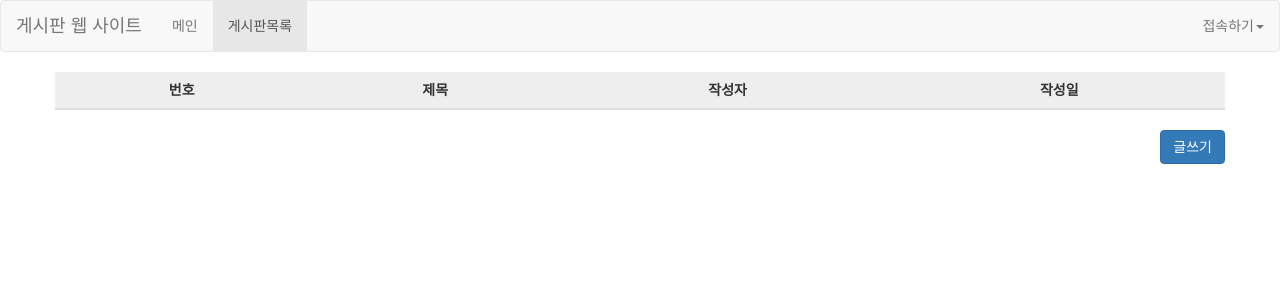
Repository: dbfjd01/save
Page: http://localhost/BBS/bbs.jsp
The author's editor kept a copy of each file at every save. The page is drawn from the files as they stood at one save, then again after the next save.
The browser window is 1280 px wide. The pictures show the whole page.
Some web libraries are served in a nearby version. The page is served by Tomcat 9. Other server files are loaded and not shown. Queries for data that is not in the repository find no rows.

Above is the page before, as saved 2021-07-02 06:19:16.

### Test/BBS/src/main/webapp/bbs.jsp
<%@ page language="java" contentType="text/html; charset=UTF-8"
    pageEncoding="UTF-8"%>
<%@ page import="java.io.PrintWriter" %>
<%@ page import="bbs.BbsDAO" %>
<%@ page import="bbs.Bbs" %>
<%@ page import="java.util.ArrayList" %>

<!DOCTYPE html>
<html>
<head>
<meta charset="UTF-8">
<!-- 화면 최적화 -->
<meta name="viewport" content="width-device-width", initial-scale="1">
<!-- 루트 폴더에 부트스트랩을 참조하는 링크 -->
<link rel="stylesheet" href="css/bootstrap.css">
<title>게시판</title>
<style type="text/css">
	a, a:hover{
		color: #000000;
		text-decoration: none;
	}
</style>
</head>

<body>
<%
//메인 페이지로 이동했을때 세션에 값이 담겨있는지 체크
String userID=null;
if(session.getAttribute("userID")!=null){
	userID=(String)session.getAttribute("userID");
}
int pageNumber = 1; //기본은 1 페이지를 할당
// 만약 파라미터로 넘어온 오브젝트 타입 'pageNumber'가 존재한다면
// 'int'타입으로 캐스팅을 해주고 그 값을 'pageNumber'변수에 저장한다
if(request.getParameter("pageNumber") != null){
	pageNumber = Integer.parseInt(request.getParameter("pageNumber"));
}
%>
<nav class="navbar navbar-default">
	<div class="navbar-header"><!-- 상단 -->
		<button type="button" class="navbar-toggle collapsed"
		data-toggle="collapse" data-target="#bs-example-navbar-collapse-1"
		aria-expanded="false">
		<span class="icon-bar"></span>
		<span class="icon-bar"></span>
		<span class="icon-bar"></span>
		</button>
		<a class="navbar-brand" href="main.jsp">게시판 웹 사이트</a>
		<!-- 클릭시 메뉴로 이동 -->
	</div>
	<!-- 메뉴영역 -->
	<div class="collapsed navbar-collapse" id="bs-example-navbar-collapse-1">
		<ul class="nav navbar-nav">
			<li><a href="main.jsp">메인</a></li>
			<li class="active"><a href="bbs.jsp">게시판목록</a></li>
		</ul>
		<%
			//로그인 하지 않았을때 보여지는 화면
			if(userID==null){
		%>
			<!-- 헤더 우측에 나타나는 드랍다운 영역 -->
			<ul class="nav navbar-nav navbar-right">
				<li class="dropdown">
					<a href="#" class="dropdown-toggle"
						data-toggle="dropdown" role="button" aria-haspopup="true"
						aria-expanded="false">접속하기<span class="caret"></span></a>
					<!-- 드랍다운 아이템 영역 -->
					<ul class="dropdown-menu">
						<li><a href="login.jsp">로그인</a></li>
						<li><a href="join.jsp">회원가입</a></li>
					</ul>
				</li>
			</ul>
			<%
				// 로그인이 되어 있는 상태에서 보여주는 화면
				}else{
			%>
			<!-- 헤더 우측에 나타나는 드랍다운 영역 -->
			<ul class="nav navbar-nav navbar-right">
				<li class="dropdown">
					<a href="#" class="dropdown-toggle"
						data-toggle="dropdown" role="button" aria-haspopup="true"
						aria-expanded="false">회원관리<span class="caret"></span></a>
					<!-- 드랍다운 아이템 영역 -->
					<ul class="dropdown-menu">
						<li><a href="logoutAction.jsp">로그아웃</a></li>
					</ul>
				</li>
			</ul>
			<%
				}
			%>
    	</div>
    </nav>
	<!-- 게시판영역 -->
	<div class="container">
		<div class="row">
			<table class="table table-striped" style="text-align: center: border: 1px solid#dddddd">
				<thead>
					<tr>
						<th style="background-color: #eeeeee; text-align: center;">번호</th>
						<th style="background-color: #eeeeee; text-align: center;">제목</th>
						<th style="background-color: #eeeeee; text-align: center;">작성자</th>
						<th style="background-color: #eeeeee; text-align: center;">작성일</th>
					</tr>
				</thead>
				<tbody>
					<%
						BbsDAO bbsDAO = new BbsDAO(); // 인스턴스 생성
						ArrayList<Bbs> list = bbsDAO.getList(pageNumber);
						for(int i = 0; i < list.size(); i++){
					%>
					<tr>
					<td><%= list.get(i).getBbsID() %></td>
						<!-- 게시글 제목을 누르면 해당 글을 볼 수 있도록 링크를 걸어둔다 -->
						<td><a href="view.jsp?bbsID=<%= list.get(i).getBbsID() %>">
							<%= list.get(i).getBbsTitle() %></a></td>
						<td><%= list.get(i).getUserID() %></td>
						<td><%= list.get(i).getBbsDate().substring(0, 11) + list.get(i).getBbsDate().substring(11, 13) + "시"
							+ list.get(i).getBbsDate().substring(14, 16) + "분" %></td>
					</tr>
					<%
						}
					%>
				</tbody>
			</table>

			<!-- 페이징 처리 영역 -->
			<%
				if(pageNumber != 1){
			%>
				<a href="bbs.jsp?pageNumber=<%=pageNumber - 1 %>"
					class="btn btn-success btn-arraw-left">이전</a>
			<%
				}if(bbsDAO.nextPage(pageNumber + 1)){
			%>
				<a href="bbs.jsp?pageNumber=<%=pageNumber + 1 %>"
					class="btn btn-success btn-arraw-left">다음</a>
			<%
				}
			%>

			<!-- 글쓰기 버튼 -->
			<a href="write.jsp" class="btn btn-primary pull-right">글쓰기</a>
		</div>
	</div>

<!-- 부트스트랩 참조 -->
<script src="https://code.jquery.com/jquery-3.1.1.min.js"></script>
<script src="js/bootstrap.js"></script>
</body>
</html>

### Test/BBS/src/main/java/bbs/BbsDAO.java
package bbs;

import java.sql.Connection;
import java.sql.DriverManager;
import java.sql.PreparedStatement;
import java.sql.ResultSet;
import java.util.ArrayList;

public class BbsDAO {
	private Connection conn;
	private ResultSet rs;

	//기본 생성자
	public BbsDAO() {
		try {
			String dbURL="jdbc:oracle:thin:@localhost:1521:xe";
			String dbID="bb";
			String dbPassword="bb";
			Class.forName("oracle.jdbc.driver.OracleDriver");
			conn=DriverManager.getConnection(dbURL,dbID,dbPassword);
		}catch (Exception e) {
			e.printStackTrace();
		}
	}

	//작성일자 메소드
		public String getDate() {
			String sql = "select bbsDate from bbs";
			try {
				PreparedStatement pstmt = conn.prepareStatement(sql);
				rs = pstmt.executeQuery();
				if(rs.next()) {
					return rs.getString(1);
				}
			}catch (Exception e) {
				e.printStackTrace();
			}
			return ""; //데이터베이스 오류
		}

	//게시글 번호 부여 메소드
	public int getNext() {
		//현재 게시글을 내림차순으로 조회하여 가장 마지막 글의 번호를 구한다
		String sql = "select bbsID from bbs order by bbsID desc";
		try {
			PreparedStatement pstmt = conn.prepareStatement(sql);
			rs = pstmt.executeQuery();
			if(rs.next()) {
				return rs.getInt(1) + 1;
			}
			return 1; //첫 번째 게시물인 경우
		}catch (Exception e) {
			e.printStackTrace();
		}
		return -1; //데이터베이스 오류
	}

	//글쓰기 메소드
	public int write(String bbsTitle, String userID, String bbsContent) {
		String sql = "insert into bbs values(?, ?, ?, ?, ?, ?)";
		try {
			PreparedStatement pstmt = conn.prepareStatement(sql);
			pstmt.setInt(1, getNext());
			pstmt.setString(2, bbsTitle);
			pstmt.setString(3, userID);
			pstmt.setString(4, getDate());
			pstmt.setString(5, bbsContent);
			pstmt.setInt(6, 1); //글의 유효번호
			return pstmt.executeUpdate();
		}catch (Exception e) {
			e.printStackTrace();
		}
		return -1; //데이터베이스 오류
	}

	//게시글 리스트 메소드
		public ArrayList<Bbs> getList(int pageNumber){
			String sql = "select * from bbs where bbsID < ? and bbsAvailable = 1 order by bbsID desc limit 10";
			ArrayList<Bbs> list = new ArrayList<Bbs>();
			try {
				PreparedStatement pstmt = conn.prepareStatement(sql);
				pstmt.setInt(1, getNext() - (pageNumber - 1) * 10);
				rs = pstmt.executeQuery();
				while(rs.next()) {
					Bbs bbs = new Bbs();
					bbs.setBbsID(rs.getInt(1));
					bbs.setBbsTitle(rs.getString(2));
					bbs.setUserID(rs.getString(3));
					bbs.setBbsDate(rs.getString(4));
					bbs.setBbsContent(rs.getString(5));
					bbs.setBbsAvailable(rs.getInt(6));
					list.add(bbs);
				}
			}catch (Exception e) {
				e.printStackTrace();
			}
			return list;
		}

		//페이징 처리 메소드
		public boolean nextPage(int pageNumber) {
			String sql = "select * from bbs where bbsID < ? and bbsAvailable = 1";
			try {
				PreparedStatement pstmt = conn.prepareStatement(sql);
				pstmt.setInt(1, getNext() - (pageNumber - 1) * 10);
				rs = pstmt.executeQuery();
				if(rs.next()) {
					return true;
				}
			}catch (Exception e) {
				e.printStackTrace();
			}
			return false;
		}

}

Loaded but not shown: Test/BBS/src/main/webapp/css/bootstrap.css (library); Test/BBS/src/main/webapp/js/bootstrap.js (library)

After the next save:
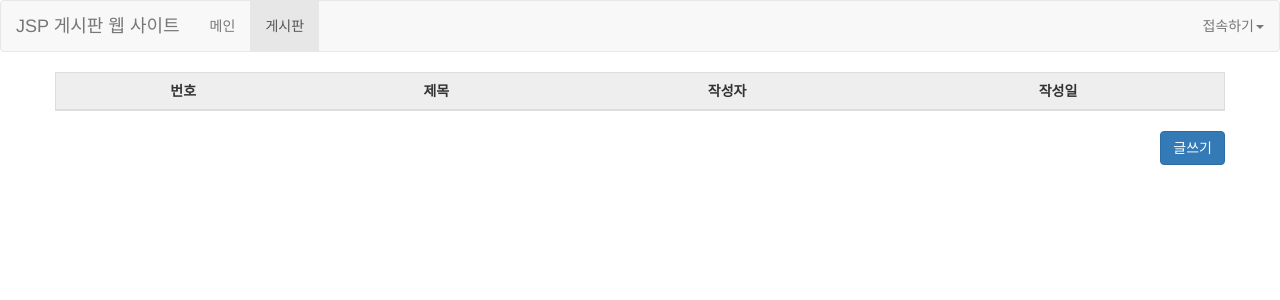
Saved 84 s later.
--- a/Test/BBS/src/main/webapp/bbs.jsp
+++ b/Test/BBS/src/main/webapp/bbs.jsp
@@ -4,7 +4,6 @@
 <%@ page import="bbs.BbsDAO" %>
 <%@ page import="bbs.Bbs" %>
 <%@ page import="java.util.ArrayList" %>
-
 <!DOCTYPE html>
 <html>
 <head>
@@ -13,7 +12,7 @@
 <meta name="viewport" content="width-device-width", initial-scale="1">
 <!-- 루트 폴더에 부트스트랩을 참조하는 링크 -->
 <link rel="stylesheet" href="css/bootstrap.css">
-<title>게시판</title>
+<title>JSP 게시판 웹 사이트</title>
 <style type="text/css">
 	a, a:hover{
 		color: #000000;
@@ -21,43 +20,44 @@
 	}
 </style>
 </head>
-
 <body>
-<%
-//메인 페이지로 이동했을때 세션에 값이 담겨있는지 체크
-String userID=null;
-if(session.getAttribute("userID")!=null){
-	userID=(String)session.getAttribute("userID");
-}
-int pageNumber = 1; //기본은 1 페이지를 할당
-// 만약 파라미터로 넘어온 오브젝트 타입 'pageNumber'가 존재한다면
-// 'int'타입으로 캐스팅을 해주고 그 값을 'pageNumber'변수에 저장한다
-if(request.getParameter("pageNumber") != null){
-	pageNumber = Integer.parseInt(request.getParameter("pageNumber"));
-}
-%>
-<nav class="navbar navbar-default">
-	<div class="navbar-header"><!-- 상단 -->
-		<button type="button" class="navbar-toggle collapsed"
-		data-toggle="collapse" data-target="#bs-example-navbar-collapse-1"
-		aria-expanded="false">
-		<span class="icon-bar"></span>
-		<span class="icon-bar"></span>
-		<span class="icon-bar"></span>
-		</button>
-		<a class="navbar-brand" href="main.jsp">게시판 웹 사이트</a>
-		<!-- 클릭시 메뉴로 이동 -->
-	</div>
-	<!-- 메뉴영역 -->
-	<div class="collapsed navbar-collapse" id="bs-example-navbar-collapse-1">
-		<ul class="nav navbar-nav">
-			<li><a href="main.jsp">메인</a></li>
-			<li class="active"><a href="bbs.jsp">게시판목록</a></li>
-		</ul>
-		<%
-			//로그인 하지 않았을때 보여지는 화면
-			if(userID==null){
-		%>
+	<%
+		// 메인 페이지로 이동했을 때 세션에 값이 담겨있는지 체크
+		String userID = null;
+		if(session.getAttribute("userID") != null){
+			userID = (String)session.getAttribute("userID");
+		}
+		int pageNumber = 1; //기본은 1 페이지를 할당
+		// 만약 파라미터로 넘어온 오브젝트 타입 'pageNumber'가 존재한다면
+		// 'int'타입으로 캐스팅을 해주고 그 값을 'pageNumber'변수에 저장한다
+		if(request.getParameter("pageNumber") != null){
+			pageNumber = Integer.parseInt(request.getParameter("pageNumber"));
+		}
+	%>
+	<nav class="navbar navbar-default"> <!-- 네비게이션 -->
+		<div class="navbar-header"> 	<!-- 네비게이션 상단 부분 -->
+			<!-- 네비게이션 상단 박스 영역 -->
+			<button type="button" class="navbar-toggle collapsed"
+				data-toggle="collapse" data-target="#bs-example-navbar-collapse-1"
+				aria-expanded="false">
+				<!-- 이 삼줄 버튼은 화면이 좁아지면 우측에 나타난다 -->
+				<span class="icon-bar"></span>
+				<span class="icon-bar"></span>
+				<span class="icon-bar"></span>
+			</button>
+			<!-- 상단 바에 제목이 나타나고 클릭하면 main 페이지로 이동한다 -->
+			<a class="navbar-brand" href="main.jsp">JSP 게시판 웹 사이트</a>
+		</div>
+		<!-- 게시판 제목 이름 옆에 나타나는 메뉴 영역 -->
+		<div class="collapse navbar-collapse" id="bs-example-navbar-collapse-1">
+			<ul class="nav navbar-nav">
+				<li><a href="main.jsp">메인</a></li>
+				<li class="active"><a href="bbs.jsp">게시판</a></li>
+			</ul>
+			<%
+				// 로그인 하지 않았을 때 보여지는 화면
+				if(userID == null){
+			%>
 			<!-- 헤더 우측에 나타나는 드랍다운 영역 -->
 			<ul class="nav navbar-nav navbar-right">
 				<li class="dropdown">
@@ -90,12 +90,14 @@ if(request.getParameter("pageNumber") != null){
 			<%
 				}
 			%>
-    	</div>
-    </nav>
-	<!-- 게시판영역 -->
+		</div>
+	</nav>
+	<!-- 네비게이션 영역 끝 -->
+
+	<!-- 게시판 메인 페이지 영역 시작 -->
 	<div class="container">
 		<div class="row">
-			<table class="table table-striped" style="text-align: center: border: 1px solid#dddddd">
+			<table class="table table-striped" style="text-align: center; border: 1px solid #dddddd">
 				<thead>
 					<tr>
 						<th style="background-color: #eeeeee; text-align: center;">번호</th>
@@ -111,7 +113,7 @@ if(request.getParameter("pageNumber") != null){
 						for(int i = 0; i < list.size(); i++){
 					%>
 					<tr>
-					<td><%= list.get(i).getBbsID() %></td>
+						<td><%= list.get(i).getBbsID() %></td>
 						<!-- 게시글 제목을 누르면 해당 글을 볼 수 있도록 링크를 걸어둔다 -->
 						<td><a href="view.jsp?bbsID=<%= list.get(i).getBbsID() %>">
 							<%= list.get(i).getBbsTitle() %></a></td>
@@ -140,13 +142,14 @@ if(request.getParameter("pageNumber") != null){
 				}
 			%>
 
-			<!-- 글쓰기 버튼 -->
+			<!-- 글쓰기 버튼 생성 -->
 			<a href="write.jsp" class="btn btn-primary pull-right">글쓰기</a>
 		</div>
 	</div>
+	<!-- 게시판 메인 페이지 영역 끝 -->
 
-<!-- 부트스트랩 참조 -->
-<script src="https://code.jquery.com/jquery-3.1.1.min.js"></script>
-<script src="js/bootstrap.js"></script>
+	<!-- 부트스트랩 참조 영역 -->
+	<script src="https://code.jquery.com/jquery-3.1.1.min.js"></script>
+	<script src="js/bootstrap.js"></script>
 </body>
 </html>
